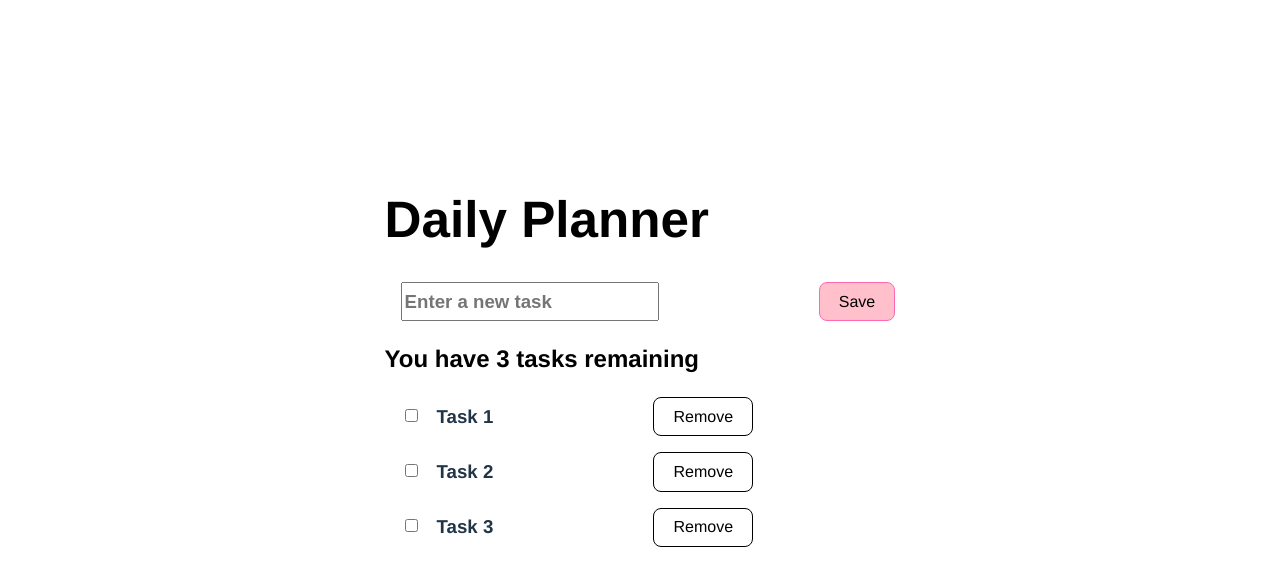
Repository: MonicaNguyenH/Frontend_Assignment6
Page: / (app in react/)
These files come from the project's save history. The page is drawn as it stood at one moment and after the next save; the edit follows.
The browser window is 1280 px wide. The pictures show the whole page.
The project was rebuilt for these pictures with package versions that can differ from the ones it lists, and the page was loaded fresh each time. Also part of the build but not shown: react/vite.config.js.

Above is the page before, as saved 2024-10-11 00:59:46.

After the next save:
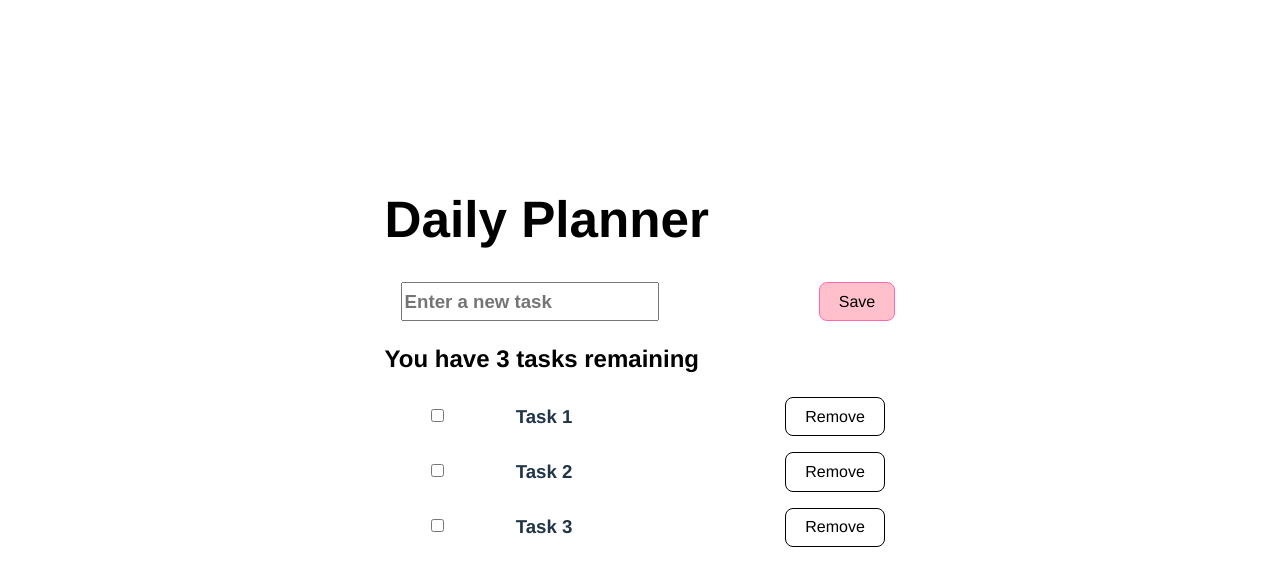
Saved 24 s later.
--- a/react/src/App.css
+++ b/react/src/App.css
@@ -45,6 +45,7 @@
   display: flex;
   flex-direction: row;
   align-items: center;
+  justify-content: space-around;
   margin: 1em;
 
   width: 100%;
